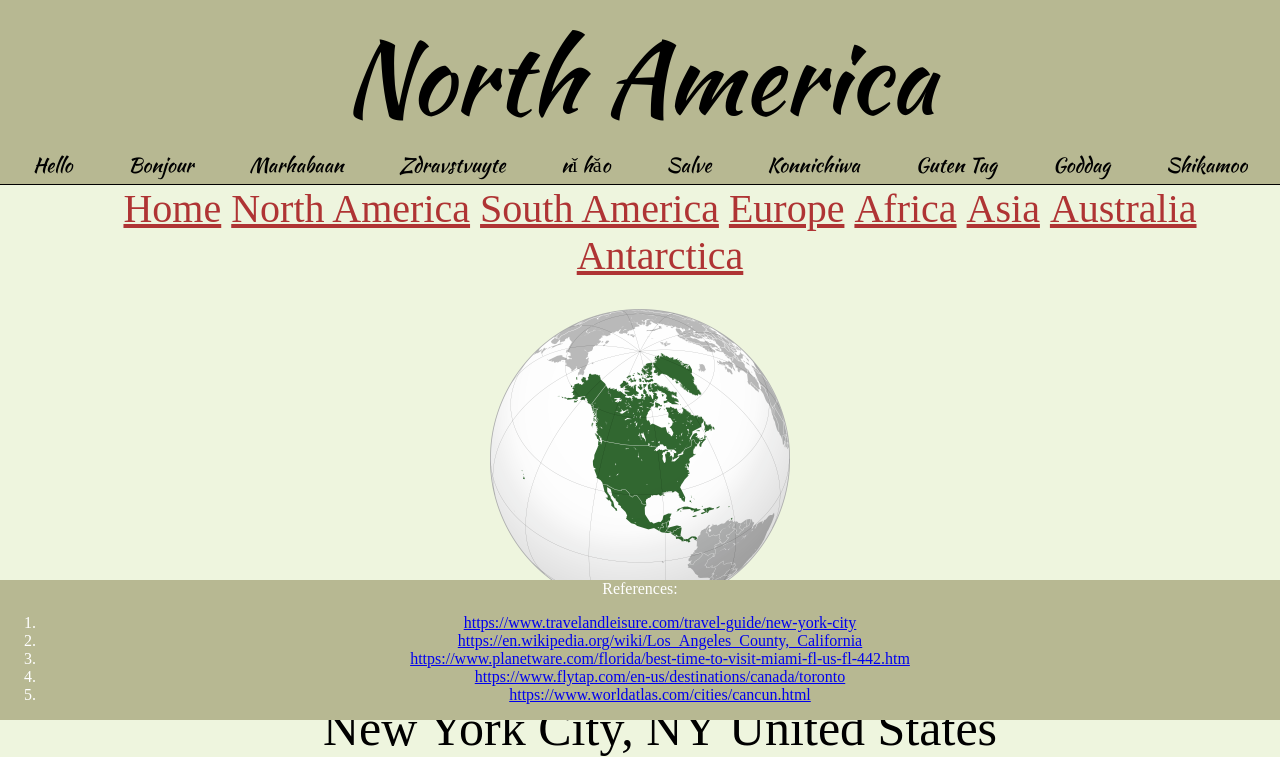
Repository: alharama/StaticWebsite
Page: na_page.html
The author's editor kept a copy of each file at every save. The page is drawn from the files as they stood at one save, then again after the next save.
The browser window is 1280 px wide. The pictures show the part of the page from y = 0 to 757 px (the page is 4738 px tall before and 4878 px after).
Pictures or frames that could not be fetched are drawn as grey boxes.

Above is the page before, as saved 2021-10-07 20:04:16.

### na_page.html
<!DOCTYPE html>
<html lang="en">
<head>

    <link rel = "stylesheet" type="text/css" href="CSS/stylesheet.css">
    <link rel="icon" href="World.ico">

    <title> North America </title>

    <style>

        #na {
            display: block;
            margin-left: auto;
            margin-right: auto;
            margin-top: 30px;
            width: auto;
            height: 300px;

        }

        #survey {
            margin: 50px;
        }

        #result {
            padding-top: 5px;
            font-family: 'Kaushan Script';
        }

    </style>

    <script>
        function displayRadioValue() {
            var ele = document.getElementsByName('dest_option');

            for(i = 0; i < ele.length; i++) {
                if(ele[i].checked)
                document.getElementById("result").innerHTML
                         = "Destination: "+ele[i].value;
            }
        }
    </script>

</head>

<body>
    <header>
        North America


        <div id="languages">
            <div>Hello</div>
            <div>Bonjour</div>
            <div>Marhabaan</div>
            <div>Zdravstvuyte</div>
            <div>nǐ hǎo</div>
            <div>Salve</div>
            <div>Konnichiwa</div>
            <div>Guten Tag</div>
            <div>Goddag</div>
            <div>Shikamoo</div>
        </div>

    </header>


        <nav class="top_nav">
            <ul id="top_nav">
                <li><a href="/index.html">Home</a></li>
                <li><a href="/na_page.html">North America</a></li>
                <li><a href="/sa_page.html">South America</a></li>
                <li><a href="/eu_page.html">Europe</a></li>
                <li><a href="/af_page.html">Africa</a></li>
                <li><a href="/as_page.html">Asia</a></li>
                <li><a href="/au_page.html">Australia</a></li>
                <li><a href="/ant_page.html">Antarctica</a></li>
            </ul>
        </nav>

        <img id="na" src="images/NorthAmerica.png" alt="North america">


        <h1> Top Tourist Destinations in North America</h1>


        <ul class = "tourist_spots">
            <li> New York City, NY United States</li>

            <li><img class="dest" src="images/NY.jpeg" alt="NY"></li>
            <li> Los Angeles, CA United States</li>
            <li><img class = "dest" src="images/LA.jpeg" alt="LA"> </li>
            <li> Miami, FL United States</li>
            <li><img class = "dest" src="images/MIA.jpeg" alt = "MIA"></li>
            <li> Toronto, Canada</li>
            <li><img class = "dest" src="images/TOR.jpeg" alt="TOR"> </li>
            <li> Cancun, Mexico</li>
            <li><img class="dest" src="images/Cancun.jpeg" alt="Cancun"> </li>
        </ul>


            <div class = "extra_destinations">
                <div id="other_dest_header"> Other Popular Tourist Destinations</div>
                    <ol>
                        <li> Las Vegas, NV United States</li>
                        <li> Vancouver, Canada</li>
                        <li> San Francisco, CA United States</li>
                        <li> Washington DC, United States</li>
                        <li> Punta Cana, Domincan Republic</li>
                    </ol>
            </div>





        <div id="survey">

            Which destination would you like to travel to?
            <form>

                <input type="radio" name="dest_option" value="New York City">New York City<br>
                <input type="radio" name="dest_option" value="Los Angeles">Los Angeles<br>
                <input type="radio" name="dest_option" value="Miami">Miami<br>
                <input type="radio" name="dest_option" value="Toronto">Toronto<br>
                <input type="radio" name="dest_option" value="Cancun">Cancun<br>
                <input type="radio" name="dest_option" value="Las Vegas">Las Vegas<br>
                <input type="radio" name="dest_option" value="Vancouver">Vancouver<br>
                <button type="button" onclick="displayRadioValue()">
                    Submit
                </button>

                <div id="result"></div>

            </form>

        </div>



        <footer>

            References:
                <ol>
                    <li><a href="https://www.travelandleisure.com/travel-guide/new-york-city">https://www.travelandleisure.com/travel-guide/new-york-city</a></li>
                    <li><a href="https://en.wikipedia.org/wiki/Los_Angeles_County,_California">https://en.wikipedia.org/wiki/Los_Angeles_County,_California</a></li>
                    <li><a href="https://www.planetware.com/florida/best-time-to-visit-miami-fl-us-fl-442.htm">https://www.planetware.com/florida/best-time-to-visit-miami-fl-us-fl-442.htm</a></li>
                    <li><a href="https://www.flytap.com/en-us/destinations/canada/toronto">https://www.flytap.com/en-us/destinations/canada/toronto</a></li>
                    <li><a href="https://www.worldatlas.com/cities/cancun.html">https://www.worldatlas.com/cities/cancun.html</a></li>
                </ol>
        </footer>



</body>


</html>

### CSS/stylesheet.css

 @import url('https://fonts.googleapis.com/css2?family=Kaushan+Script&display=swap');



 header {
    text-align: center;
    padding: 5px;
    font-family: 'Kaushan Script', cursive;
    font-size: 100px;
    border-bottom: 1px solid;
    background-color: rgb(183, 184, 146);

}

body{
    background: rgb(238, 245, 222);
    margin: 0px;
    padding-bottom: 200px;
}

.top_nav {
    width: 100%;
    font-size: 40px;
    text-align: center;
    color: red;

}

.top_nav ul {
    margin: 0px;
    color: blue;
}

.top_nav li {
    display: inline-block;

}

.top_nav a {
    text-decoration:underline;
    color: rgb(175, 52, 52);

}

.top_nav a:hover {
    background-color: lightgray;
}


#languages{

    display: flex;
    font-size: 20px;
    justify-content:space-around;
}



 h1 {
    text-align: center;
    font-family: 'Kaushan Script', cursive;
}

.tourist_spots {
    text-align: center;
}
.tourist_spots li {
    list-style: none;
    text-align: center;
    font-size: 50px;

}


.dest {
    width: 600px;
    height: 500px;
    padding: 50px;
}

#other_dest_header {
    padding-left: 20px;
    font-size: 50px;
}
.extra_destinations li{
    padding-left: 20px;
    font-size: 20px;
}

#survey {
    margin: 50px;
}

footer {
    position: fixed;
    left: 0;
    bottom: 0;
    width: 100%;
    background-color: rgb(183, 184, 146);
    color: white;
    text-align: center;
}

After the next save:
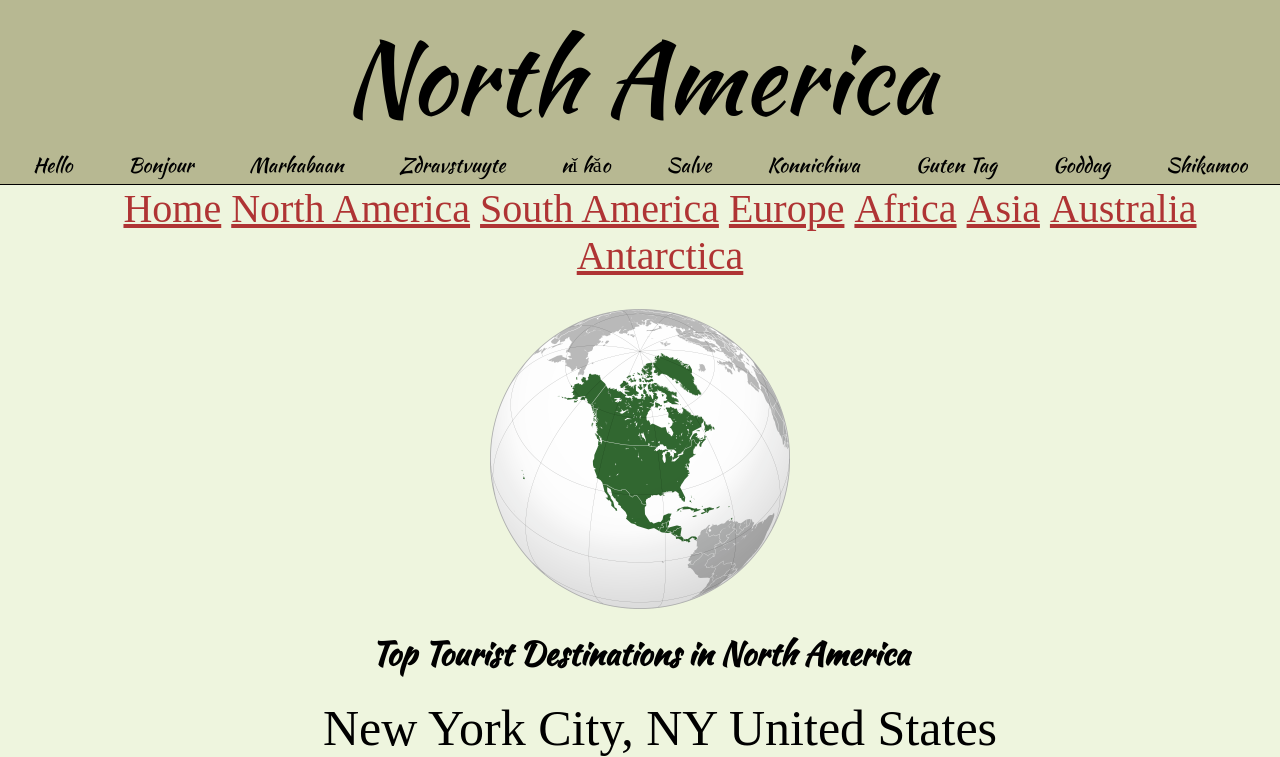
Saved 11 min 24 s later.
--- a/CSS/stylesheet.css
+++ b/CSS/stylesheet.css
@@ -93,7 +93,7 @@
 }
 
 footer {
-    position: fixed;
+    position: bottom;
     left: 0;
     bottom: 0;
     width: 100%;

After the 2 saves that followed:
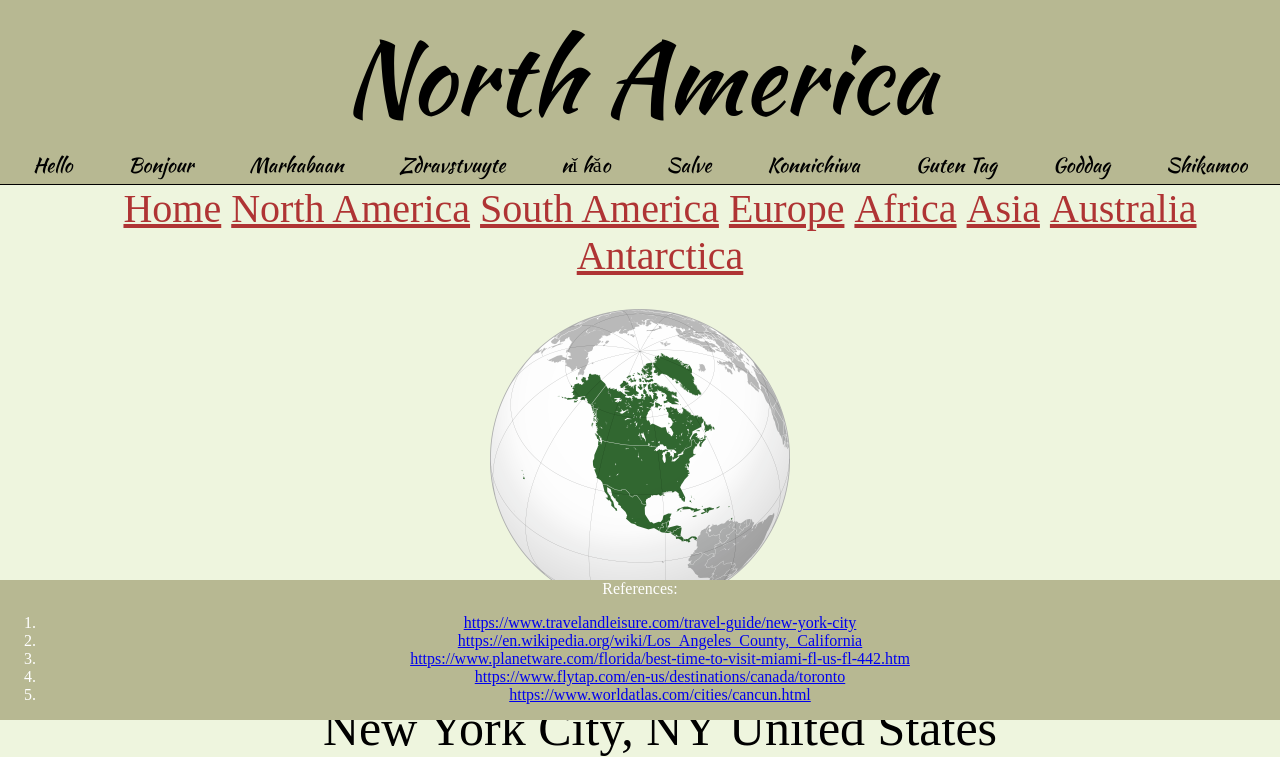
The 2 saves are shown as one change because 1 left the picture as it was.
The last was saved 41 s later.
--- a/CSS/stylesheet.css
+++ b/CSS/stylesheet.css
@@ -93,7 +93,7 @@
 }
 
 footer {
-    position: bottom;
+    position: absolute;
     left: 0;
     bottom: 0;
     width: 100%;
